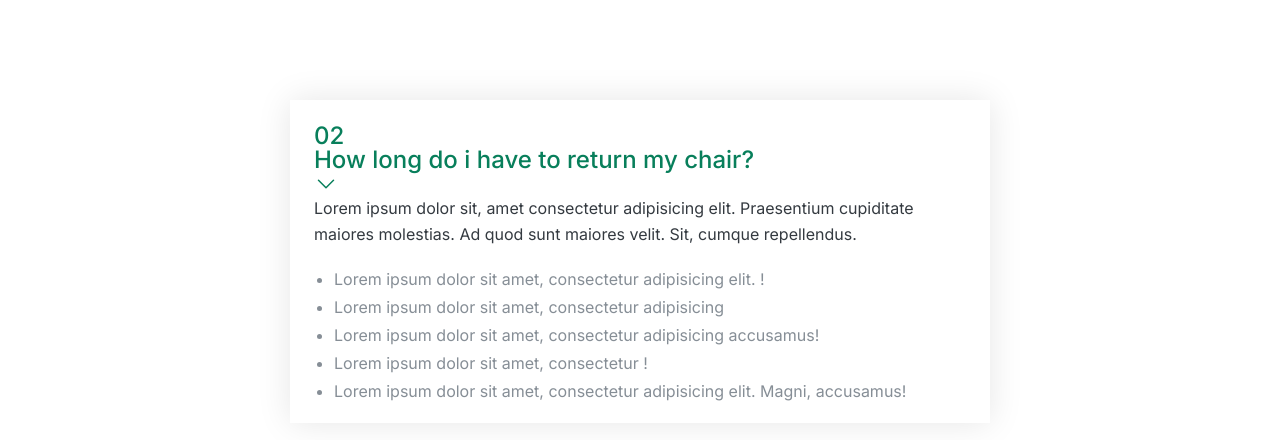
Repository: sunny070/CSS
Page: HTML and CSS some of the important components/index.html
An editor plug-in stored every save of this project. The page is shown before and after a run of saves, followed by the edit.
The browser window is 1280 px wide. The pictures show the whole page.

Above is the page before, as saved 2023-11-13 15:19:03.

### HTML and CSS some of the important components/index.html
<!DOCTYPE html>
<html lang="en">
  <head>
    <meta charset="UTF-8" />
    <meta name="viewport" content="width=device-width, initial-scale=1.0" />
    <title>Accordion Components</title>
    <link
      href="https://fonts.googleapis.com/css2?family=Inter:wght@400;500;700&display=swap"
      rel="stylesheet"
    />
    <style>
      /*
    SPACING SYSTEM (px)
    2 / 4 / 8 / 12 / 16 / 24 / 32 / 48 / 64 / 80 / 96 / 128

    FONT SIZE SYSTEM (px)
    10 / 12 / 14 / 16 / 18 / 20 / 24 / 30 / 36 / 44 / 52 / 62 / 74 / 86 / 98
    */

      /*
    MAIN COLOR: #087f5b
    GREY COLOR: #343a40
    */

      * {
        margin: 0;
        padding: 0;
        box-sizing: border-box;
      }

      /* ------------------------ */
      /* GENERAL STYLES */
      /* ------------------------ */
      body {
        font-family: "Inter", sans-serif;
        color: #343a40;
        line-height:1;
      }
      .accordion
      {
        width:700px;
        margin: 100px auto;

      }
      .item{
        box-shadow: 0 0 32px rgba(0,0,0,0.1);
        padding: 24px;
        display: grid;
        grid-template-columns: auto ;
      }
      .number ,.text{
        font-size: 24px;
        font-weight: 500;
        color:#087f5b;
      }

      .icon{
        width: 24px;
        height: 24px;
        stroke: #087f5b;
      }
      .hidden-box{

      }
      .hidden-box p{
        line-height: 1.6;
        margin-bottom: 24px;
      }
      .hidden-box ul{
        color:#868e96;
        margin-left: 20px;
        display:flex;
        flex-direction: column;
        gap: 12px;

      }
      /* .hidden-box li{
        margin-bottom: 12px;
      } */
    </style>
  </head>
  <body>
<div class="accordion">
  <div class="item">
  <p class="number"> 02</p>
  <p class="text">How long do i have to return my chair?</p>
  <svg class="icon" xmlns="http://www.w3.org/2000/svg" fill="none" viewBox="0 0 24 24" stroke-width="1.5" stroke="currentColor" class="w-6 h-6">
    <path stroke-linecap="round" stroke-linejoin="round" d="M19.5 8.25l-7.5 7.5-7.5-7.5" />
  </svg>
  <div class="hidden-box">
    <p>Lorem ipsum dolor sit, amet consectetur adipisicing elit. Praesentium cupiditate maiores molestias. Ad quod sunt maiores velit. Sit, cumque repellendus.</p>
    <ul>
      <li>Lorem ipsum dolor sit amet, consectetur adipisicing elit. !</li>
      <li>Lorem ipsum dolor sit amet, consectetur adipisicing</li>
      <li>Lorem ipsum dolor sit amet, consectetur adipisicing  accusamus!</li>
      <li>Lorem ipsum dolor sit amet, consectetur !</li>
      <li>Lorem ipsum dolor sit amet, consectetur adipisicing elit. Magni, accusamus!</li>

    </ul>
  </div>
  </div>

</div>

  </body>
</html>

After the next 2 saves:
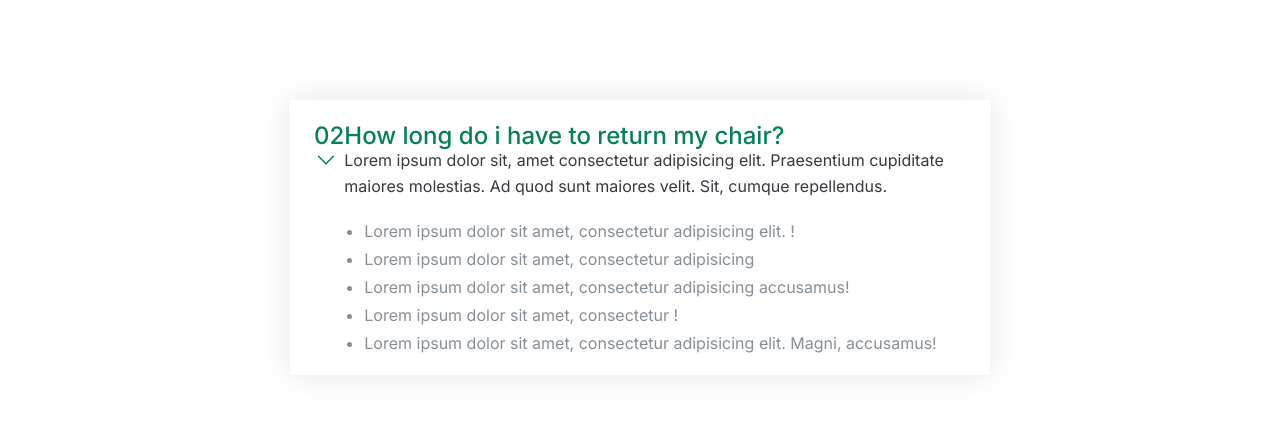
The 2 saves are shown as one change because they came seconds apart.
The last was saved 8 s later.
--- a/HTML and CSS some of the important components/index.html
+++ b/HTML and CSS some of the important components/index.html
@@ -46,7 +46,7 @@
         box-shadow: 0 0 32px rgba(0,0,0,0.1);
         padding: 24px;
         display: grid;
-        grid-template-columns: auto ;
+        grid-template-columns: auto  auto;
       }
       .number ,.text{
         font-size: 24px;
